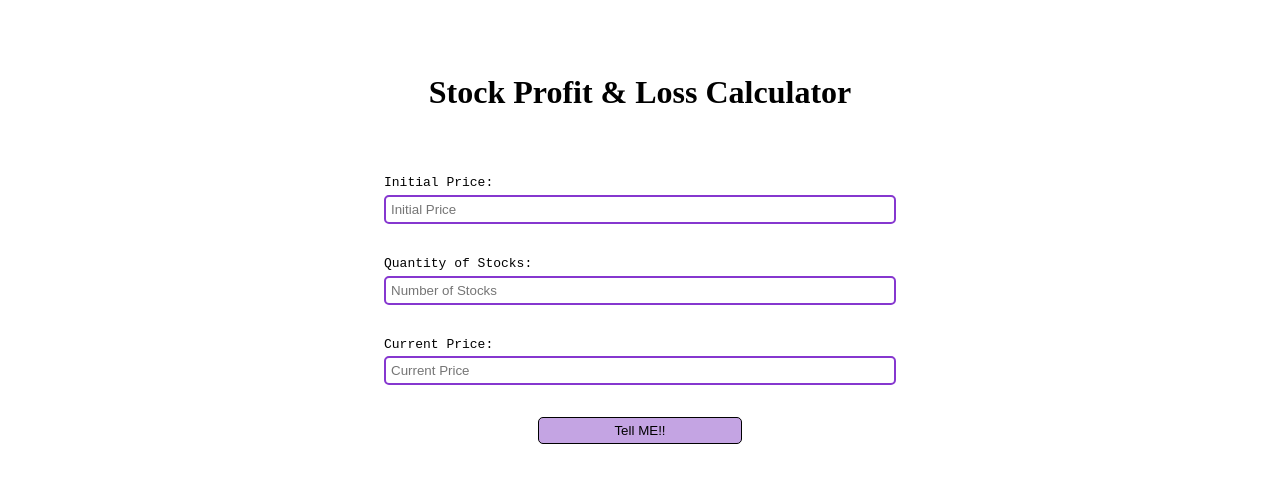
Repository: patelamancode/Stock-P-L-Calculator
Page: index.html
The author's editor kept a copy of each file at every save. The page is drawn from the files as they stood at one save, then again after the next save.
The browser window is 1280 px wide. The pictures show the whole page.

Above is the page before, as saved 2022-11-23 18:14:15.

After the next save:
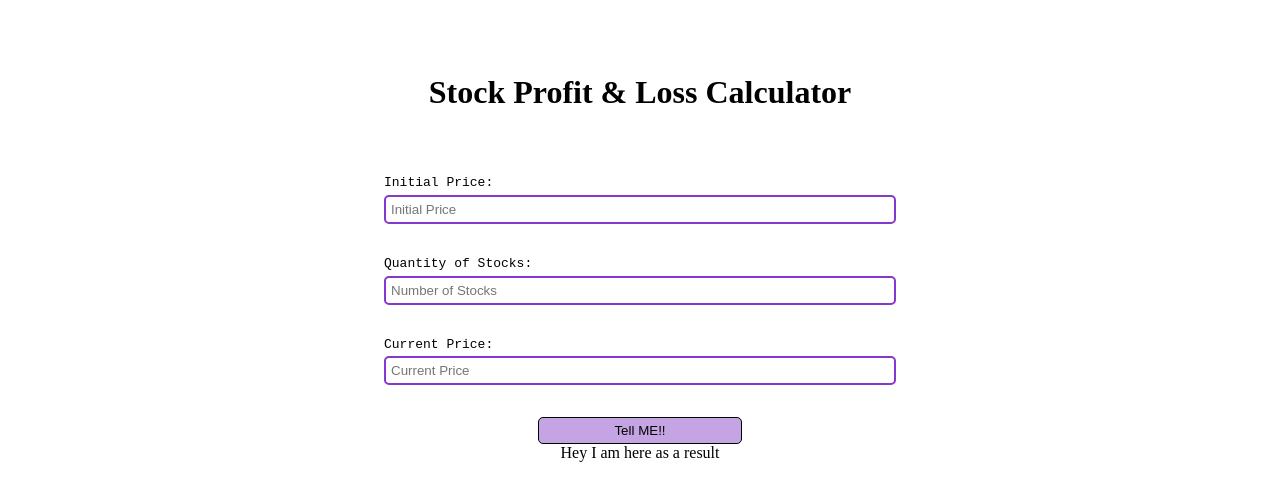
Saved 73 s later.
--- a/index.html
+++ b/index.html
@@ -17,6 +17,7 @@
         <label for="current Price">Current Price:</label>
         <input type="text" placeholder="Current Price" >
         <button id="check-btn">Tell ME!!</button>
+        <p id="result-display">Hey I am here as a result</p>
     </div>
 </body>
 </html>
